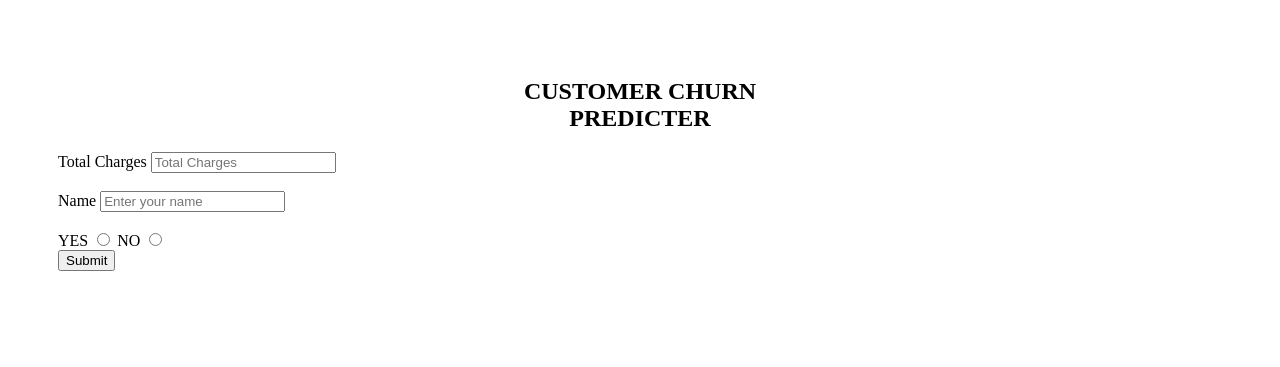
Repository: Cedrqmwesigwa/customer-churn-Bank
Page: index.html
The author's editor kept a copy of each file at every save. The page is drawn from the files as they stood at one save, then again after a run of saves.
The browser window is 1280 px wide. The pictures show the whole page.

Above is the page before, as saved 2024-05-21 03:36:54.

After the next 4 saves:
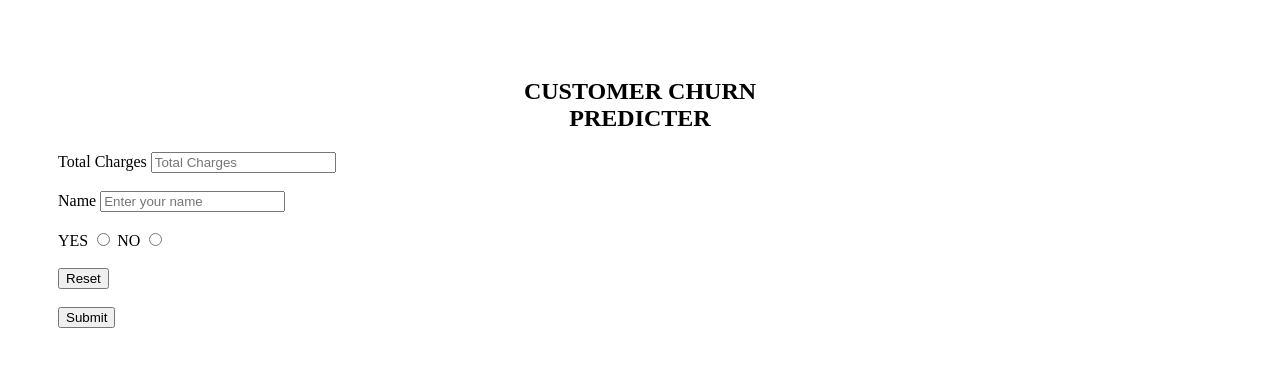
The 4 saves are shown as one change because they came seconds apart.
The last was saved 10 s later.
--- a/index.html
+++ b/index.html
@@ -54,6 +54,13 @@
                         <input type="radio" name="title">
                     </div>
 
+                    <br>
+
+                    <div>
+                        <input type="reset">
+                    </div>
+                    <br>
+
                     <div>
                         <input type="submit">
                     </div>
